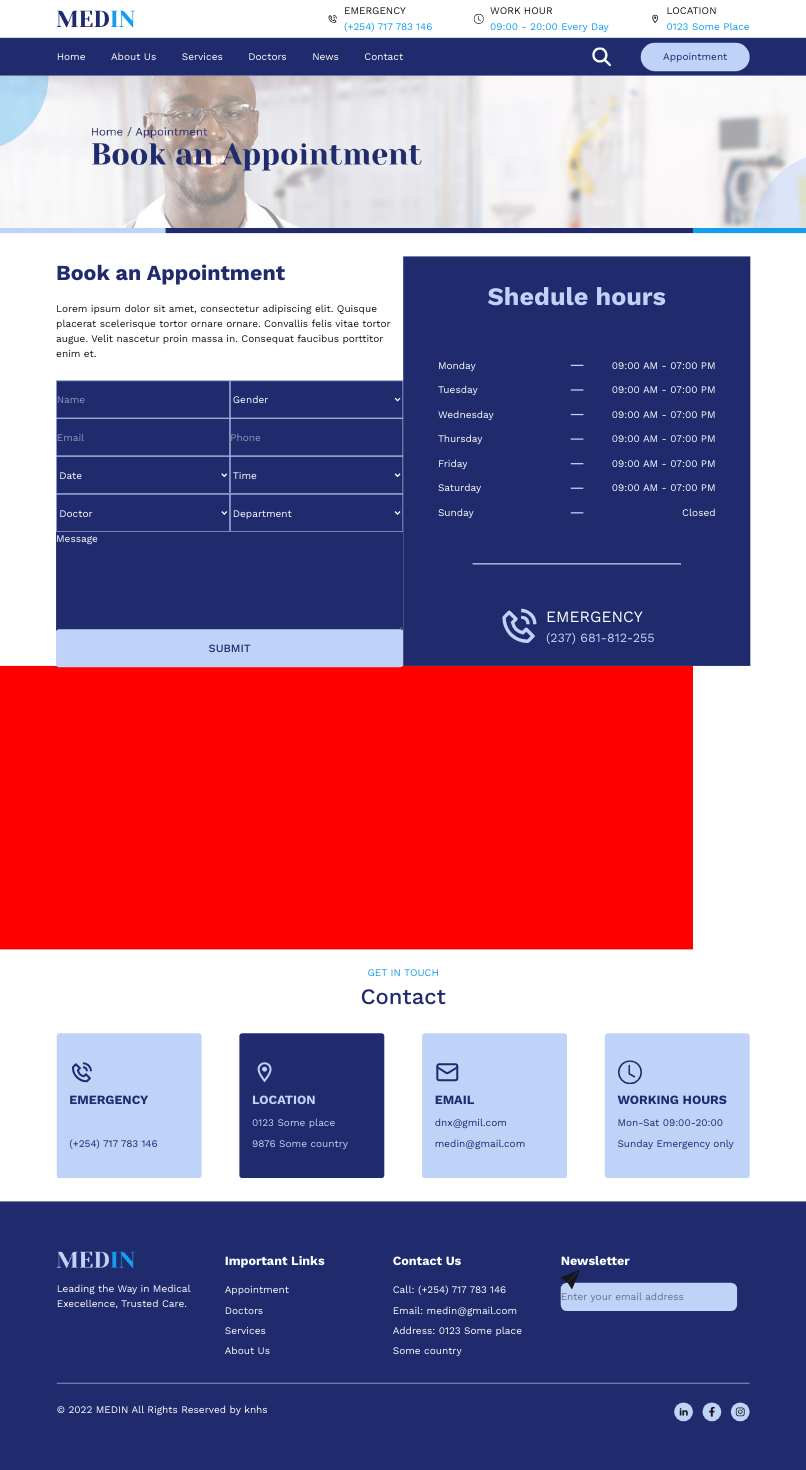
Repository: SynHK3/Poc_Hospital
Page: /appointment (app in fe_hospital/)
These files come from the project's save history. The page is drawn as it stood at one moment and after a run of saves; the edit follows.
The browser window is 1280 px wide. The pictures show the whole page, at 63% of full size.
The project was rebuilt for these pictures with package versions that can differ from the ones it lists, and the page was loaded fresh each time. The framework's server and built-in components were replaced by stand-ins that run in the browser. Also part of the build but not shown: fe_hospital/next.config.ts.

Above is the page before, as saved 2025-09-02 23:05:23.

After the next 2 saves:
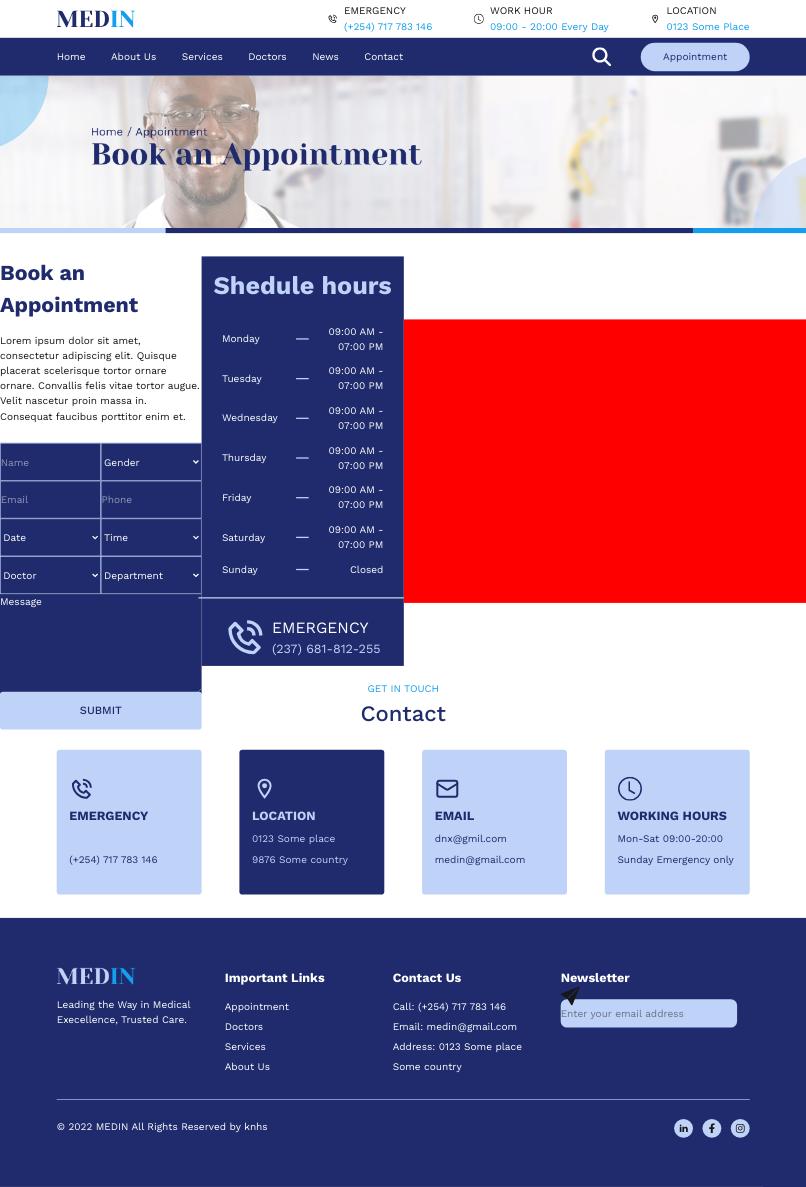
The 2 saves are shown as one change because they came seconds apart.
The last was saved 12 s later.
--- a/fe_hospital/src/app/appointment/page.tsx
+++ b/fe_hospital/src/app/appointment/page.tsx
@@ -131,10 +131,10 @@
               {/* End Schedule Hours */}
             </div>
           </div>
+
+          <div className="container__content--map"></div>
         </div>
         {/* End Form Book AppointMent */}
-
-        <div className="container__content--map"></div>
       </div>
 
       <Contact></Contact>

After the 3 saves that followed:
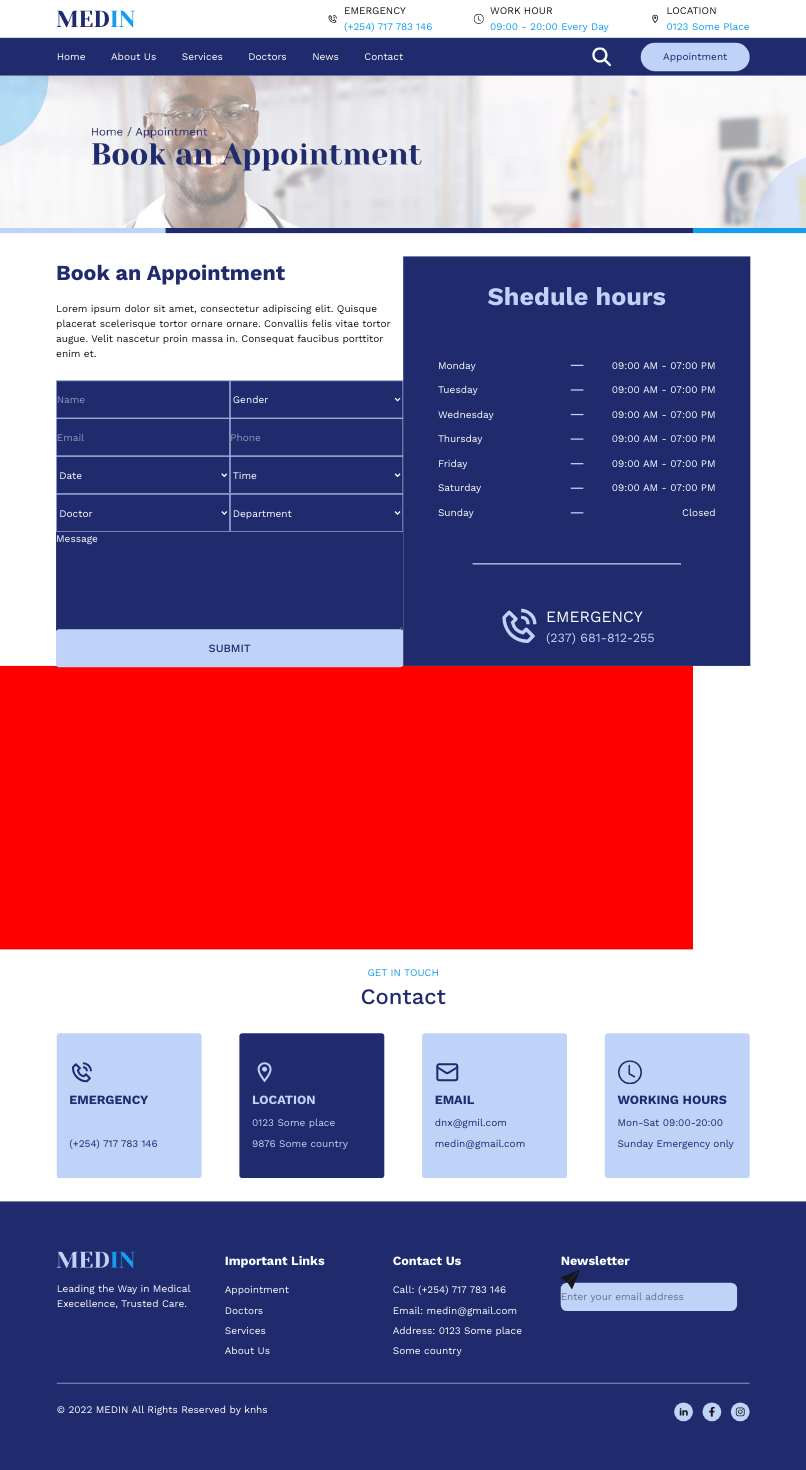
The 3 saves are shown as one change because 1 left the picture as it was and some came seconds apart.
The last was saved 11 s later.
--- a/fe_hospital/src/app/appointment/page.tsx
+++ b/fe_hospital/src/app/appointment/page.tsx
@@ -131,10 +131,9 @@
               {/* End Schedule Hours */}
             </div>
           </div>
-
-          <div className="container__content--map"></div>
         </div>
         {/* End Form Book AppointMent */}
+        <div className="container__content--map"></div>
       </div>
 
       <Contact></Contact>
--- a/fe_hospital/src/app/appointment/appointment.css
+++ b/fe_hospital/src/app/appointment/appointment.css
@@ -185,4 +185,5 @@
   height: 450px;
   background-color: red;
   display: flex;
+
 }
